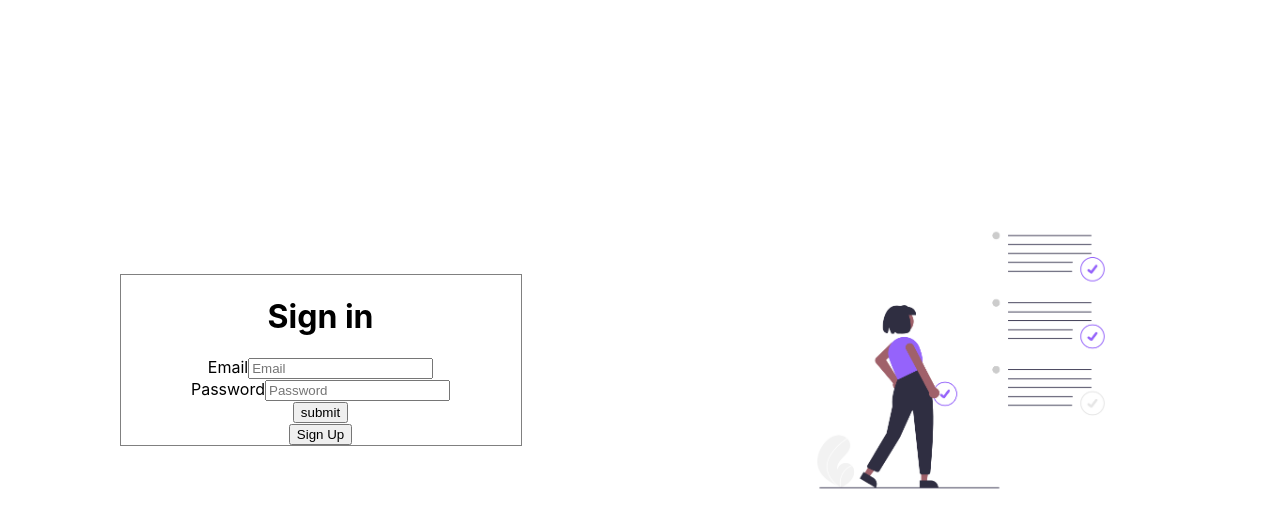
Repository: EEOOOO/wanted-pre-onboarding-fe
Page: / (app in to-do-list-app/)
These files come from the project's save history. The page is drawn as it stood at one moment and after the next save; the edit follows.
The browser window is 1280 px wide. The pictures show the whole page.
The project was rebuilt for these pictures with package versions that can differ from the ones it lists, and the page was loaded fresh each time. Also part of the build but not shown: to-do-list-app/src/components/sign_in/sign_in.module.css, to-do-list-app/src/components/sign_up/sign_up.module.css, to-do-list-app/src/components/sign_up/sign_up.jsx, to-do-list-app/src/components/todoList/todo_list.jsx.

Above is the page before, as saved 2022-08-22 00:02:33.

### to-do-list-app/public/index.html
<!DOCTYPE html>
<html lang="en">
  <head>
    <meta charset="utf-8" />
    <link rel="icon" href="%PUBLIC_URL%/logo.png" />
    <meta name="viewport" content="width=device-width, initial-scale=1" />
    <meta name="theme-color" content="#000000" />
    <meta
      name="description"
      content="Web site created using create-react-app"
    />
    <link rel="apple-touch-icon" href="%PUBLIC_URL%/logo.png" />
    <link rel="manifest" href="%PUBLIC_URL%/manifest.json" />
    <title>Todo List App</title>
  </head>
  <body>
    <div id="root"></div>
  </body>
</html>

### to-do-list-app/src/App.js
import style from './app.module.css';
import { Routes, Route } from 'react-router-dom'
import Login from './components/login/login';
import TodoList from './components/todoList/todo_list';

function App() {
  return <div className={style.App}>
    <Routes>
      <Route path="/" element={<Login/>}></Route>
      <Route path="todo" element={<TodoList/>}></Route>
    </Routes>
  </div>
}

export default App;

### to-do-list-app/src/components/login/login.jsx
import React, { useState } from 'react';
import SignIn from '../sign_in/sign_in';
import SignUp from '../sign_up/sign_up';
import style from '../login/login.module.css';
import loginImage from '../login/login_img.png';

const Login = (props) => {
    const goTosignUp = () => {
        setViewableScreen(<SignUp/>)
    }
    const signIn = <SignIn goToSignUp={goTosignUp}/>
    let [viewableScreen, setViewableScreen] = useState(signIn);
    return (
        <div className={style.login}>
            <div className={style.inputContainer}>{viewableScreen}</div>
            <img src={loginImage} className={style.coverImage}/>
        </div>
    )
}

export default Login;

### to-do-list-app/src/components/sign_in/sign_in.jsx
import React from 'react';
import LoginInputForm from '../login_input_form/login_input_form';
import style from '../sign_in/sign_in.module.css'

const SignIn = ({goToSignUp}) => {
    const handleSignInSubmit = (event) => {
        //event.preventDefault();
        console.log(event);
    }
    return(
        <div className={style.signIn}>
            <h1>Sign in</h1>
            <LoginInputForm handleSubmit={handleSignInSubmit}/>
            <button className={style.signUp} onClick={goToSignUp}>Sign Up</button>
        </div>
    )
}

export default SignIn;

### to-do-list-app/src/components/login/login.module.css
.login {
  display: flex;
  height: 100vh;
  justify-content: space-around;
  align-items: center;
}
.inputContainer {
  width: 50%;
  border: 1px solid gray;
  min-width: 235px;
  max-width: 400px;
}
.coverImage {
  width: 50%;
  min-width: 235px;
  max-width: 400px;
}

### to-do-list-app/src/components/login_input_form/login_input_form.jsx
import React from 'react';
import style from '../login_input_form/login_input_form.module.css';
const LoginInputForm = ({handleSubmit}) => {
    return (
    <form className={style.inputForm} onSubmit={handleSubmit}>
        <div className={style.email}>
            <label className={style.titleEmail}>Email
                <input
                type="text"
                className={style.inputEmail}
                placeholder='Email'></input>
            </label>
        </div>
        <div className={style.password}>
            <label className={style.titlePassword}>Password
                <input
                type="text"
                className={style.inputPassWord}
                placeholder='Password'></input>
            </label>
        </div>
        <button type="submit" className={style.submitButton}>submit</button>
    </form>
    );
};

export default LoginInputForm;

### to-do-list-app/src/components/login_input_form/login_input_form.module.css
.email,
.password {
  display: flex;
  flex-direction: column;
}

Loaded but not shown: to-do-list-app/src/index.js (common file); to-do-list-app/src/index.css (common file); to-do-list-app/src/reportWebVitals.js (common file); to-do-list-app/src/app.module.css (common file); to-do-list-app/src/components/sign_in/sign_in.module.css (no copy from this time; the picture is the same without it)

After the next save:
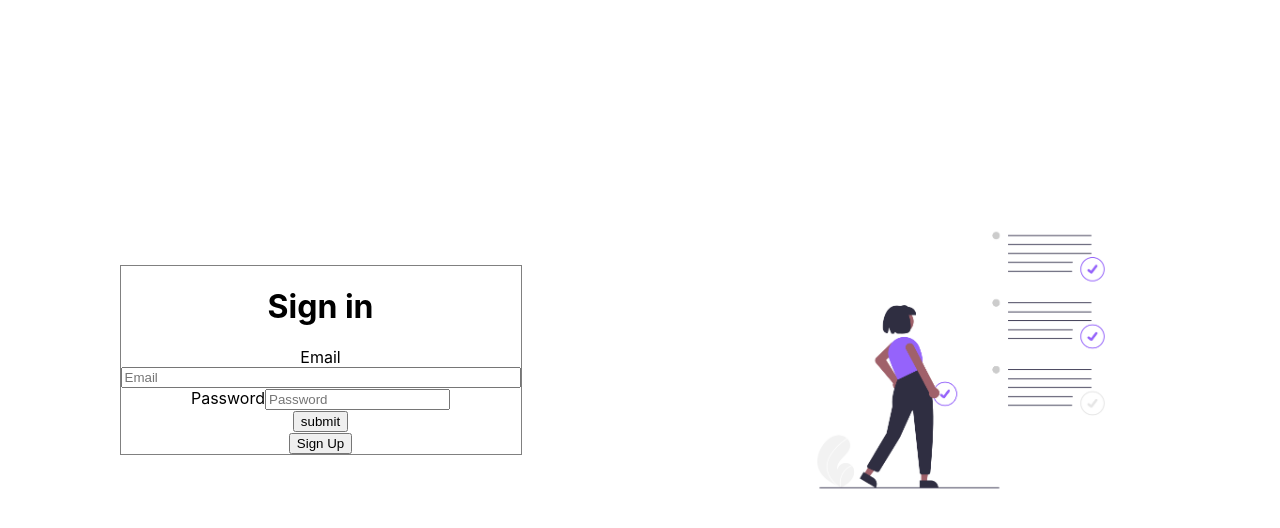
Saved 29 s later.
--- a/to-do-list-app/src/components/login_input_form/login_input_form.jsx
+++ b/to-do-list-app/src/components/login_input_form/login_input_form.jsx
@@ -4,12 +4,11 @@ const LoginInputForm = ({handleSubmit}) => {
     return (
     <form className={style.inputForm} onSubmit={handleSubmit}>
         <div className={style.email}>
-            <label className={style.titleEmail}>Email
+            <label className={style.titleEmail}>Email </label>
                 <input
                 type="text"
                 className={style.inputEmail}
                 placeholder='Email'></input>
-            </label>
         </div>
         <div className={style.password}>
             <label className={style.titlePassword}>Password
